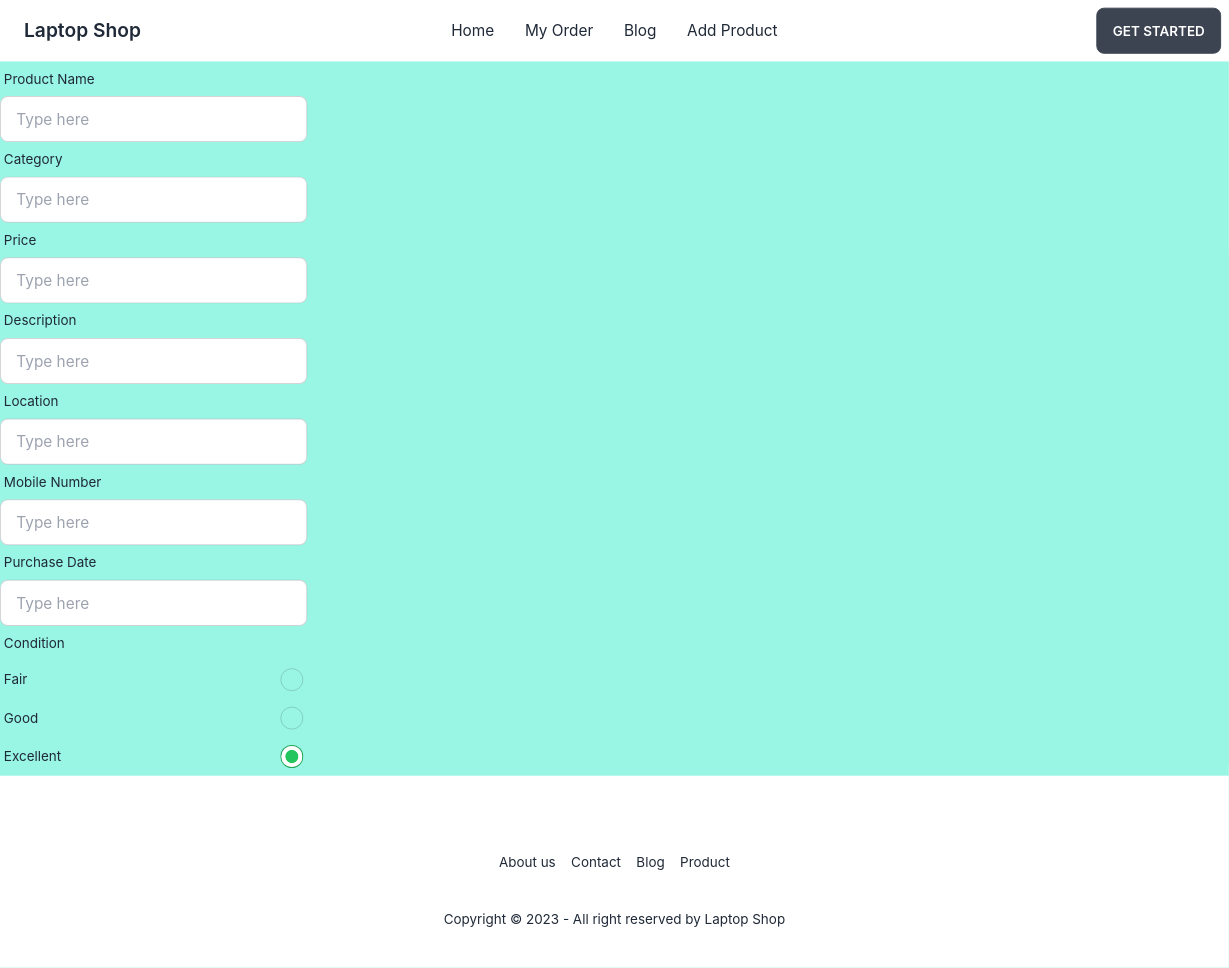
Repository: mdsajib50/E-commerce
Page: /add-product
These files come from the project's save history. The page is drawn as it stood at one moment and after a run of saves; the edit follows.
The browser window is 1280 px wide. The pictures show the whole page, at 96% of full size.
The project was rebuilt for these pictures with package versions that can differ from the ones it lists, and the page was loaded fresh each time. Also part of the build but not shown: src/Pages/Home/Banner/Banner.js, src/Pages/Home/Product/ProductCard.js, src/Pages/Home/Product/Product.js, src/Pages/Home/Home/Home.js.

Above is the page before, as saved 2023-01-11 22:46:42.

After the next 2 saves:
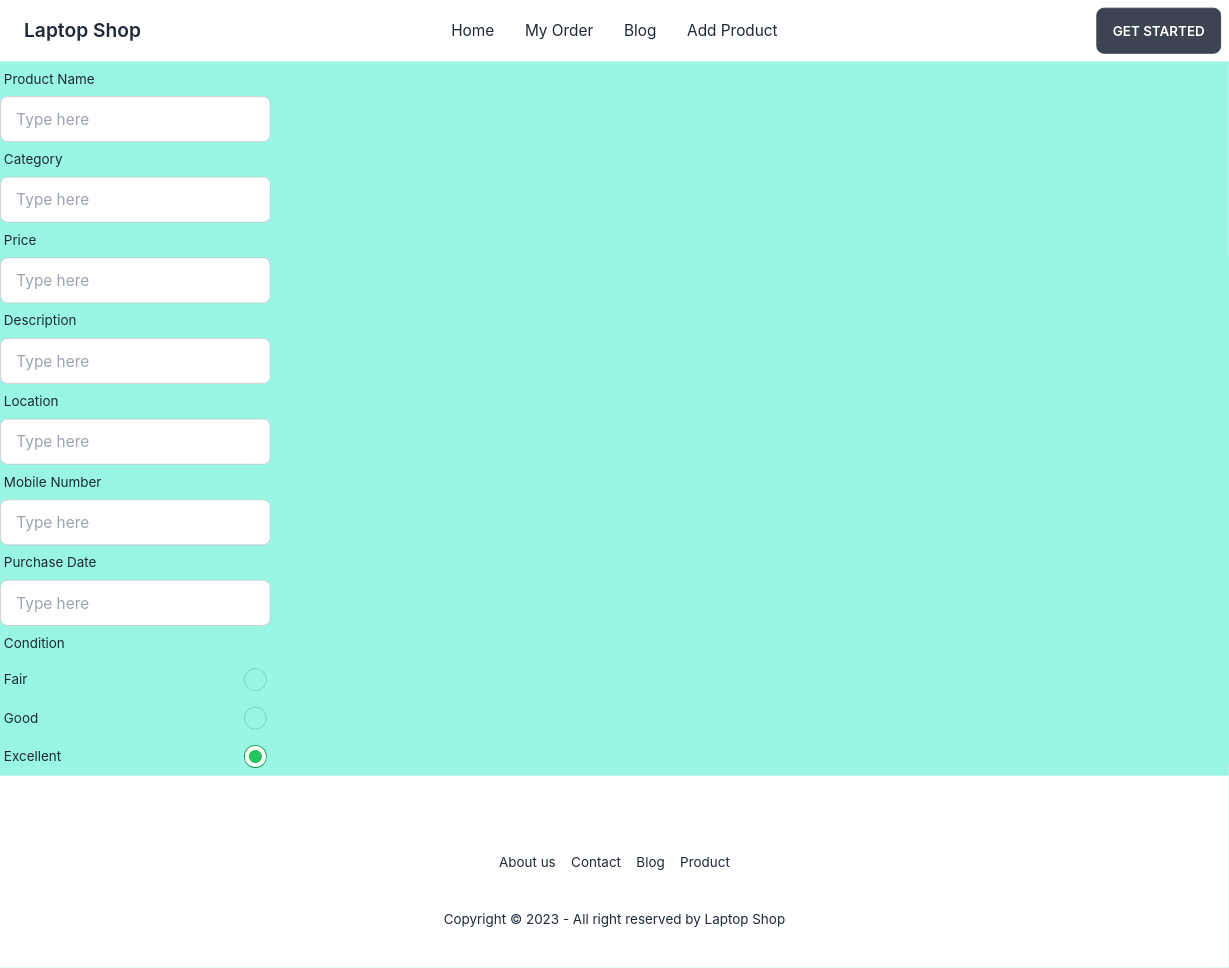
The 2 saves are shown as one change because they came seconds apart.
The last was saved 6 s later.
--- a/src/Pages/AddProduct/AddProduct.js
+++ b/src/Pages/AddProduct/AddProduct.js
@@ -3,7 +3,7 @@ import React from 'react';
 const AddProduct = () => {
     return (
         <div className='bg-teal-200'>
-           <div className='mx-auto text-center'>
+           <div className='flex mx-auto text-center'>
                 <form>
                     <div className="form-control">
                         <label className="label">
